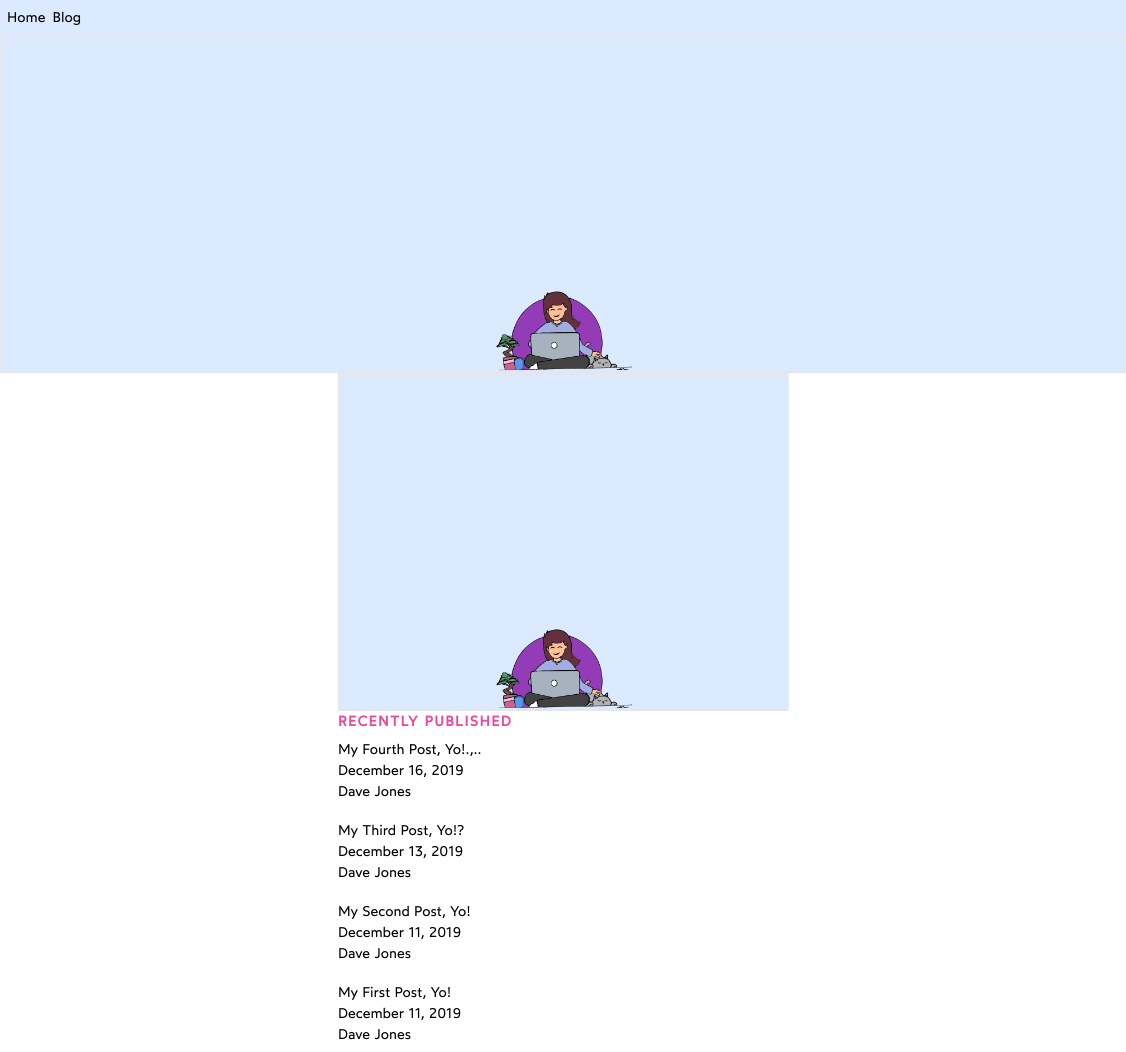
Repository: Risclover/markdown-blog
Page: /
The author's editor kept a copy of each file at every save. The page is drawn from the files as they stood at one save, then again after the next save.
The browser window is 1280 px wide. The pictures show the whole page, at 88% of full size.
The project was rebuilt for these pictures with package versions that can differ from the ones it lists, and the page was loaded fresh each time.

Above is the page before, as saved 2023-06-28 12:08:17.

### src/index.js
import React from "react";
import ReactDOM from "react-dom/client";
import { BrowserRouter as Router } from "react-router-dom";
import "./fonts/wotfard-cufonfonts-webfont/style.css";

import "./index.css";
import App from "./App";

const root = ReactDOM.createRoot(document.getElementById("root"));
root.render(
  <Router>
    <App />
  </Router>
);

### src/fonts/wotfard-cufonfonts-webfont/style.css
/* #### Generated By: http://www.cufonfonts.com #### */

    @font-face {
    font-family: 'Wotfard Regular';
    font-style: normal;
    font-weight: normal;
    src: local('Wotfard Regular'), url('Wotfard-Regular.woff') format('woff');
    }

### src/index.css
*,
*::before,
*::after {
  box-sizing: border-box;
}
* {
  margin: 0;
}
body {
  line-height: 1.5;
  min-height: 100vh;
  -webkit-font-smoothing: antialiased;
}
img,
picture,
video,
canvas,
svg {
  display: block;
  max-width: 100%;
}
input,
button,
textarea,
select {
  font: inherit;
}
p,
h1,
h2,
h3,
h4,
h5,
h6 {
  overflow-wrap: break-word;
}
#root,
#__next {
  isolation: isolate;
}

### src/App.js
import "./App.css";
import { Route, Routes } from "react-router-dom";
import Home from "./pages/Home";
import NavBar from "./components/NavBar";
import Header from "./components/Header";
import HomeHeader from "./components/HomeHeader";

function App() {
  return (
    <div className="bg-white-100 min-h-screen">
      <Header>
        <NavBar />
        <HomeHeader />
      </Header>
      <div className="max-w-screen-lg m-auto">
        <Routes>
          <Route path="/" element={<Home />} />
        </Routes>
      </div>
    </div>
  );
}

export default App;

### src/pages/Home.js
import React, { useEffect } from "react";
import postList from "../posts.json";
import HomeHeader from "../components/HomeHeader";

export default function Home() {
  console.log(postList);

  postList.sort((a, b) => {
    let aPost = a.timestamp;
    let bPost = b.timestamp;

    return bPost - aPost;
  });

  return (
    <div className="container max-w-lg font-sans mx-auto border-black-4">
      <HomeHeader />
      <h2 className="uppercase text-base font-semibold tracking-widest text-pink-500">
        Recently Published
      </h2>
      <div className="grid grid-cols-1 gap-1 grid-flow-row ">
        {postList.map((post) => (
          <div key={post.id} className="container py-2 bg-white">
            <div>{post.title}</div>
            <div>{post.date}</div>
            <div>{post.author}</div>
          </div>
        ))}
      </div>
    </div>
  );
}

### src/components/NavBar.js
import React from "react";

export default function NavBar() {
  return (
    <div className="py-2">
      <ul className="flex">
        <li className="mx-2">Home</li>
        <li>Blog</li>
      </ul>
    </div>
  );
}

### src/components/Header.js
import React from "react";

export default function Header({ children }) {
  return <header className="w-full bg-blue-100">{children}</header>;
}

### src/components/HomeHeader.js
import React from "react";
import Avatar from "../images/avatar.png";
export default function HomeHeader() {
  return (
    <div className="h-96 bg-blue-100 flex flex-col justify-end border-2 border-red">
      <div>
        <img className="w-40 m-auto border-black-4" src={Avatar} />
      </div>
    </div>
  );
}

### src/posts.json
[{"id":4,"title":"My Third Post, Yo!?","subtitle":"No subtitle given","description":"No description given","author":"Dave Jones","date":"December 13, 2019","timestamp":1576224000,"content":"\nWelcome to My Blog. _It's a beautiful thing._ I hope you'll have as much fun reading my posts as I have writing them. Well, before we go any further, allow me to introduce myself. I'm Dave Jones. I'm 34, and from Montreal, Canada.\n"},{"id":3,"title":"My Second Post, Yo!","subtitle":"No subtitle given","description":"No description given","author":"Dave Jones","date":"December 11, 2019","timestamp":1576051200,"content":"\nWelcome to My Blog. _It's a beautiful thing._ I hope you'll have as much fun reading my posts as I have writing them. Well, before we go any further, allow me to introduce myself. I'm Dave Jones. I'm 34, and from Montreal, Canada.\n"},{"id":2,"title":"My Fourth Post, Yo!.,..","subtitle":"No subtitle given","description":"No description given","author":"Dave Jones","date":"December 16, 2019","timestamp":1576483200,"content":"\nWelcome to My Blog. _It's a beautiful thing._ I hope you'll have as much fun reading my posts as I have writing them. Well, before we go any further, allow me to introduce myself. I'm Dave Jones. I'm 34, and from Montreal, Canada.\n"},{"id":1,"title":"My First Post, Yo!","subtitle":"This is a subtitle.","description":"Happy Pride month! In this tutorial, I'll share a handful of my favourite animation tricks. You'll learn how to build an animated wavy pride flag using CSS keyframes and linear gradients. We'll also see how to make it dynamic using React. 🏳️‍🌈","author":"Dave Jones","date":"December 11, 2019","timestamp":1576051200,"content":"\nWelcome to My Blog. _It's a beautiful thing._ I hope you'll have as much fun reading my posts as I have writing them. Well, before we go any further, allow me to introduce myself. I'm Dave Jones. I'm 34, and from Montreal, Canada.\n"}]

### tailwind.config.js
/** @type {import('tailwindcss').Config} */
module.exports = {
  content: [
    "./app/**/*.{js,ts,jsx,tsx,mdx}",
    "./pages/**/*.{js,ts,jsx,tsx,mdx}",
    "./components/**/*.{js,ts,jsx,tsx,mdx}",

    // Or if using `src` directory:
    "./src/**/*.{js,ts,jsx,tsx,mdx}",
  ],
  theme: {
    fontFamily: {
      sans: ["Wotfard Regular", "sans-serif"],
    },
    extend: {},
  },
  plugins: [],
};

Loaded but not shown: public/index.html (common file); src/App.css (common file)

After the next save:
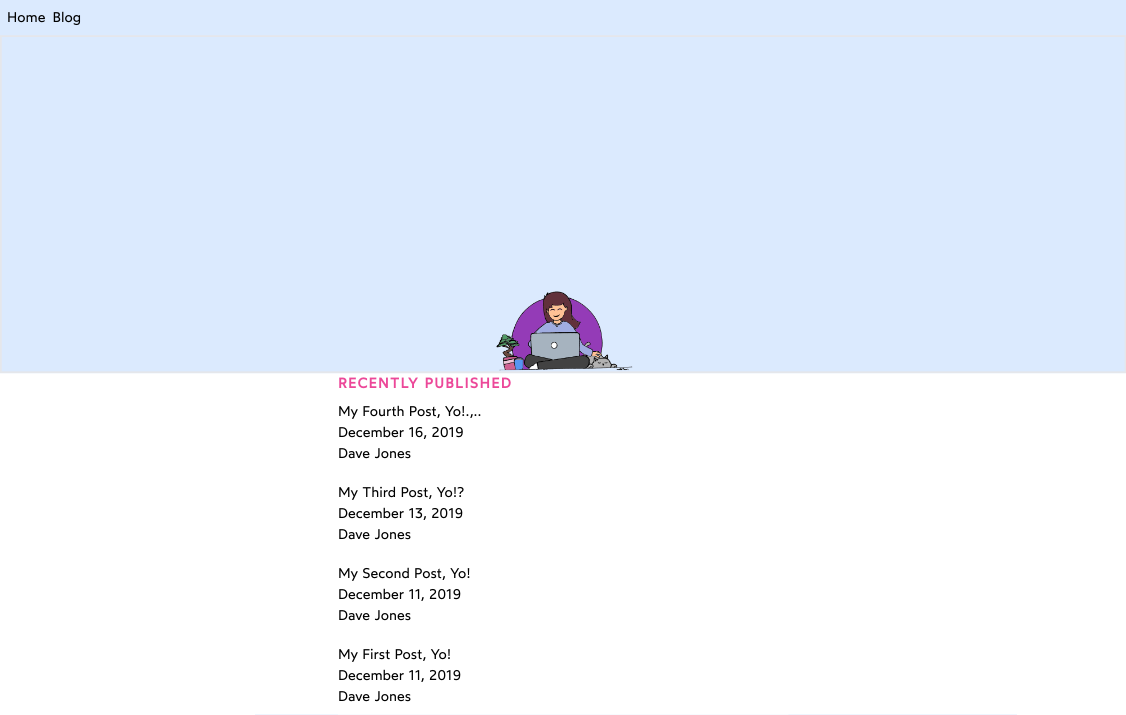
Saved 17 s later.
--- a/src/pages/Home.js
+++ b/src/pages/Home.js
@@ -14,7 +14,6 @@ export default function Home() {
 
   return (
     <div className="container max-w-lg font-sans mx-auto border-black-4">
-      <HomeHeader />
       <h2 className="uppercase text-base font-semibold tracking-widest text-pink-500">
         Recently Published
       </h2>
